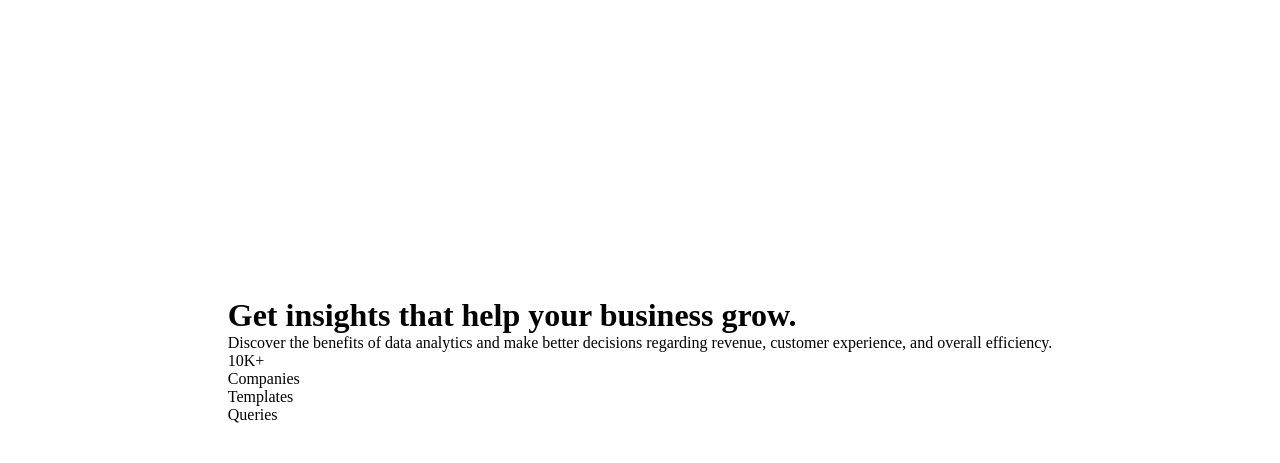
Repository: keisewarsame/stats-preview-frontendmentor
Page: index.html
An editor plug-in stored every save of this project. The page is shown before and after a run of saves, followed by the edit.
The browser window is 1280 px wide. The pictures show the whole page.

Above is the page before, as saved 2022-07-12 12:48:32.

### index.html
<!DOCTYPE html>
<html lang="en">
<head>
  <meta charset="UTF-8">
  <meta name="viewport" content="width=device-width, initial-scale=1.0"> <!-- displays site properly based on user's device -->
  <link rel="icon" type="image/png" sizes="32x32" href="./images/favicon-32x32.png">
  <link rel="stylesheet" href="styles.css">
  <title>Frontend Mentor | Stats preview card component</title>
</head>
<body>
    <div class="container">
        <div class="wrapper">
            <div class="text-component">
                <h1>Get insights that help your business grow.</h1>
                <p>Discover the benefits of data analytics and make better decisions regarding revenue, customer experience, and overall efficiency.</p>
                <div class="stats-component">
                    <div>
                        <p class="num">10K+</p>
                        <p>Companies</p>
                    </div>
                    <div>
                        <p class="num"></p>
                        <p>Templates</p>
                    </div>
                    <div>
                        <p class="num"></p>
                        <p>Queries</p>
                    </div>
                </div>
            </div>
            <div class="image-component">

            </div>
        </div>
    </div>
</body>
</html>

### styles.css
@import url('https://fonts.googleapis.com/css2?family=Inter:wght@400;700&family=Lexend+Deca&display=swap');

* {
    margin: 0;
    padding: 0;
}

body {
    display: flex;
    align-items: center;
    min-height: 100vh;
}

.container {
    margin: 0 auto;
    max-width: 1040px;
}

.wrapper {
    background-color: ;
}

After the next 2 saves:
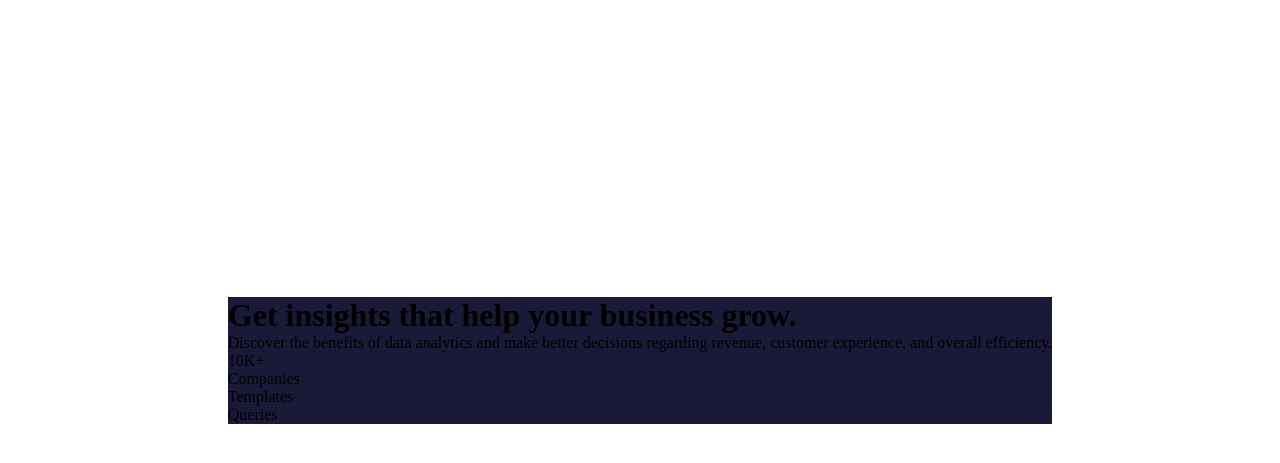
The 2 saves are shown as one change because they came seconds apart.
The last was saved 9 s later.
--- a/styles.css
+++ b/styles.css
@@ -17,5 +17,6 @@ body {
 }
 
 .wrapper {
-    background-color: ;
+    background-color: hsl(244, 38%, 16%);
+
 }
